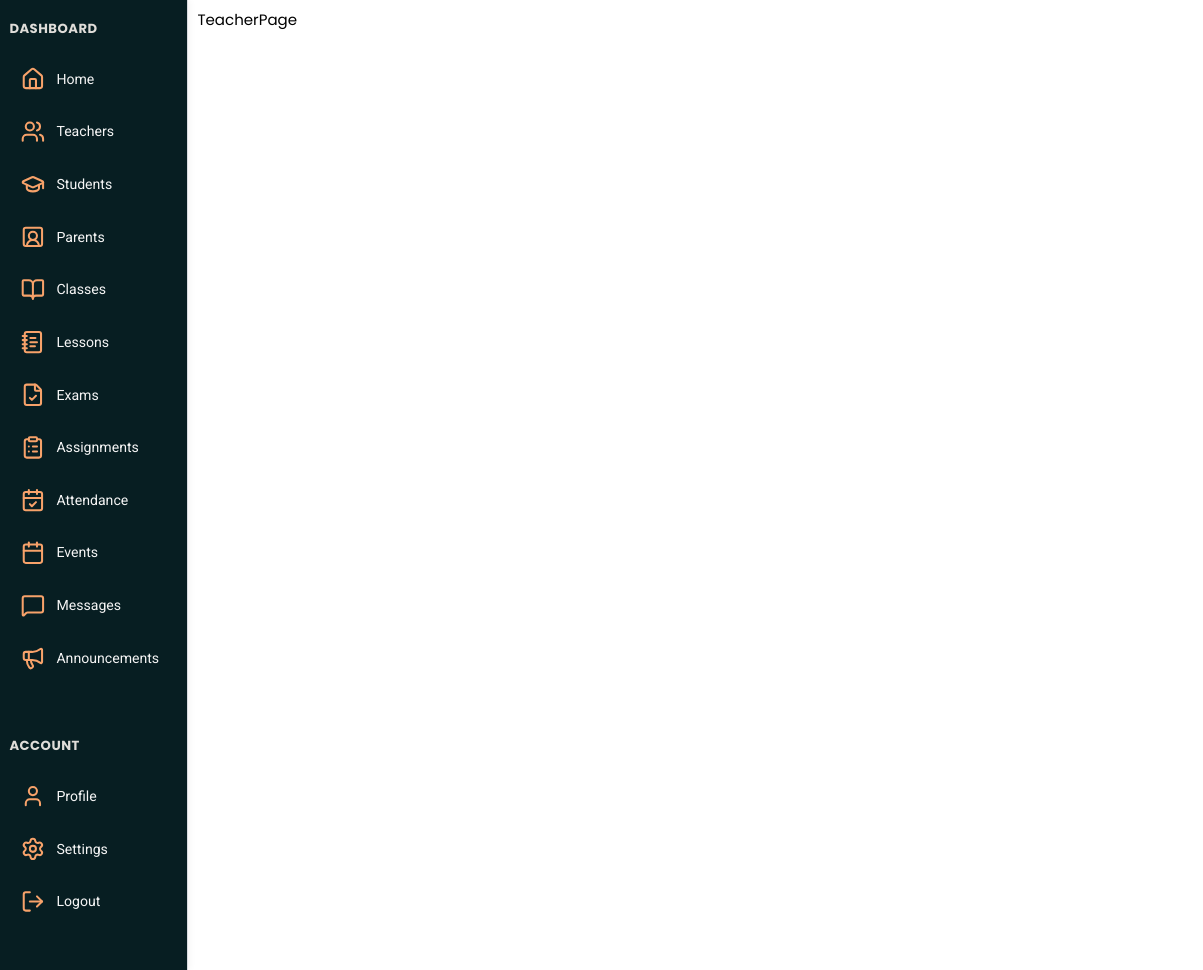
Repository: GlorifiedIntel/student-portal
Page: /teacher
These files come from the project's save history. The page is drawn as it stood at one moment and after the next save; the edit follows.
The browser window is 1280 px wide. The pictures show the whole page, at 94% of full size.
The project was rebuilt for these pictures with package versions that can differ from the ones it lists, and the page was loaded fresh each time. The framework's server and built-in components were replaced by stand-ins that run in the browser. Also part of the build but not shown: next.config.mjs.

Above is the page before, as saved 2025-08-21 16:34:23.

### src/app/layout.js
import { Play, Poppins, Roboto } from "next/font/google";
import "./globals.css";

const play = Play({
  variable: "--font-play",
  subsets: ["latin"],
  weight: ["400", "700"], // available weights
});

const poppins = Poppins({
  variable: "--font-poppins",
  subsets: ["latin"],
  weight: ["100", "200", "300", "400", "500", "600", "700", "800", "900"],
});

const roboto = Roboto({
  variable: "--font-roboto",
  subsets: ["latin"],
  weight: ["100", "300", "400", "500", "700", "900"],
});

export const metadata = {
  title: "Create Next App",
  description: "Generated by create next app",
};

export default function RootLayout({ children }) {
  return (
    <html lang="en">
      <body className={`${roboto.variable} ${poppins.variable} ${play.variable} antialiased`}>
       {children}
      </body>
    </html>
  );
}

### src/app/(dashboard)/layout.jsx
import Menu from "@/components/Menu";
import styles from "./Layout.module.css";

export default function DashboardLayout({ children }) {
  return (
    <div className={styles.dashboardlayout}>
      <Menu />
      <main className={styles.dashboardcontent}>{children}</main>
    </div>
  );
}

### src/app/(dashboard)/teacher/page.jsx
import React from 'react'

const TeacherPage = () => {
  return (
    <div><h1>TeacherPage</h1></div>
  )
}

export default TeacherPage

### src/app/globals.css
@import "tailwindcss";


html, body {
  height: 100%;
  margin: 0;
  padding: 0;
   font-family: var(--font-roboto), sans-serif;
}

h1, h2, h3 {
  font-family: var(--font-poppins), sans-serif;
}

.special-text {
  font-family: var(--font-play), serif;
}


#__next, #root {
  height: 100%;
}

### src/components/Menu.jsx
"use client";

import Link from "next/link";
import {
  Home,
  Users,
  GraduationCap,
  UserSquare2,
  BookOpen,
  NotebookText,
  FileCheck,
  ClipboardList,
  CalendarCheck,
  Calendar,
  MessageSquare,
  Megaphone,
  User,
  Settings,
  LogOut,
} from "lucide-react";
import styles from "./Menu.module.css";  // ✅ Corrected import

const menuItems = [
  {
    title: "DASHBOARD",
    items: [
      { icon: Home, label: "Home", href: "/" },
      { icon: Users, label: "Teachers", href: "/teachers" },
      { icon: GraduationCap, label: "Students", href: "/students" },
      { icon: UserSquare2, label: "Parents", href: "/parents" },
      { icon: BookOpen, label: "Classes", href: "/classes" },
      { icon: NotebookText, label: "Lessons", href: "/lessons" },
      { icon: FileCheck, label: "Exams", href: "/exams" },
      { icon: ClipboardList, label: "Assignments", href: "/assignments" },
      { icon: CalendarCheck, label: "Attendance", href: "/attendance" },
      { icon: Calendar, label: "Events", href: "/events" },
      { icon: MessageSquare, label: "Messages", href: "/messages" },
      { icon: Megaphone, label: "Announcements", href: "/announcements" },
    ],
  },
  {
    title: "ACCOUNT",
    items: [
      { icon: User, label: "Profile", href: "/profile" },
      { icon: Settings, label: "Settings", href: "/settings" },
      { icon: LogOut, label: "Logout", href: "/logout" },
    ],
  },
];

const Menu = () => {
  return (
    <div className={styles.menu}>
      {menuItems.map((section) => (
        <div className={styles["menu-section"]} key={section.title}>
          <span className={styles["menu-title"]}>{section.title}</span>
          {section.items.map((item) => (
            <Link href={item.href} key={item.label} className={styles["menu-link"]}>
              <item.icon size={26} className={styles["menu-icon"]} />
              <span>{item.label}</span>
            </Link>
          ))}
        </div>
      ))}
    </div>
  );
};

export default Menu;

### src/app/(dashboard)/Layout.module.css
.dashboardlayout {
  display: flex;
  min-height: 100vh;
}

.dashboardcontent {
  flex: 1;
  padding: 10px;
}

### src/components/Menu.module.css
.menu {
  width: 200px;
  background-color: #071E22;
  border-right: 1px solid #e5e7eb;
  padding: 20px 10px;
  display: flex;
  flex-direction: column;
  gap: 30px;
  min-height: 100vh;
  box-shadow: 2px 0 8px rgba(0, 0, 0, 0.05);
  transition: all 0.3s ease-in-out;
}

.menu-section {
  display: flex;
  flex-direction: column;
  gap: 10px;
  margin-bottom: 30px;
}

.menu-title {
  font-size: 14px;
  font-weight: 700;
  color: #dfddd9;
  text-transform: uppercase;
  margin-bottom: 10px;
  letter-spacing: 0.5px;
  font-family: Poppins, sans-serif;
}

.menu-link {
  display: flex;
  align-items: center;
  gap: 12px;
  padding: 10px 12px;
  text-decoration: none;
  color: whitesmoke;
  font-size: 15px;
  border-radius: 8px;
  transition: background 0.2s ease, color 0.2s ease;
}

.menu-link:hover {
  background-color: #f3f4f6;
  color: #1f2937;
}

.menu-icon {
  color: #f7a26a;
  transition: color 0.2s ease;
}

.menu-link:hover .menu-icon {
  color: #2563eb;
}

.menu-link span {
  flex: 1;
}

/* Active link style (optional) */
.menu-link.active {
  background-color: #e0e7ff;
  color: #1e3a8a;
}

.menu-link.active .menu-icon {
  color: #1e3a8a;
}

/* Responsive sidebar */
@media (max-width: 768px) {
  .menu {
    width: 100%;
    flex-direction: row;
    min-height: auto;
    border-right: none;
    border-bottom: 1px solid #e5e7eb;
    padding: 10px;
    gap: 20px;
    overflow-x: auto;
  }

  .menu-section {
    flex-direction: row;
    gap: 20px;
  }

  .menu-title {
    display: none;
  }

  .menu-link span {
    display: none;
  }

  .menu-link {
    padding: 8px;
    justify-content: center;
  }
}

After the next save:
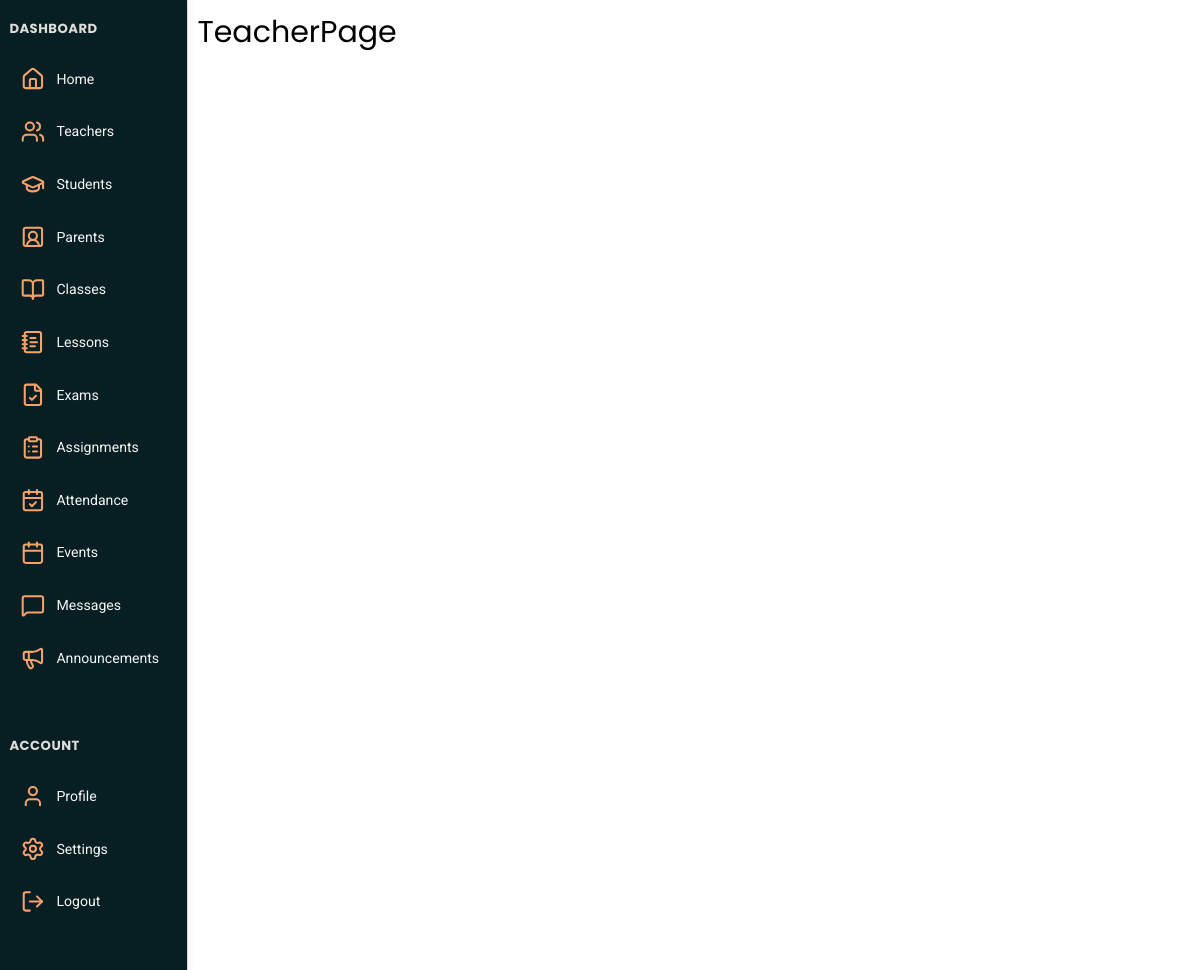
Saved 47 s later.
--- a/src/app/globals.css
+++ b/src/app/globals.css
@@ -20,3 +20,8 @@ h1, h2, h3 {
 #__next, #root {
   height: 100%;
 }
+
+h1 {
+  font-size: 2rem;
+  margin-bottom: 1rem;
+}
